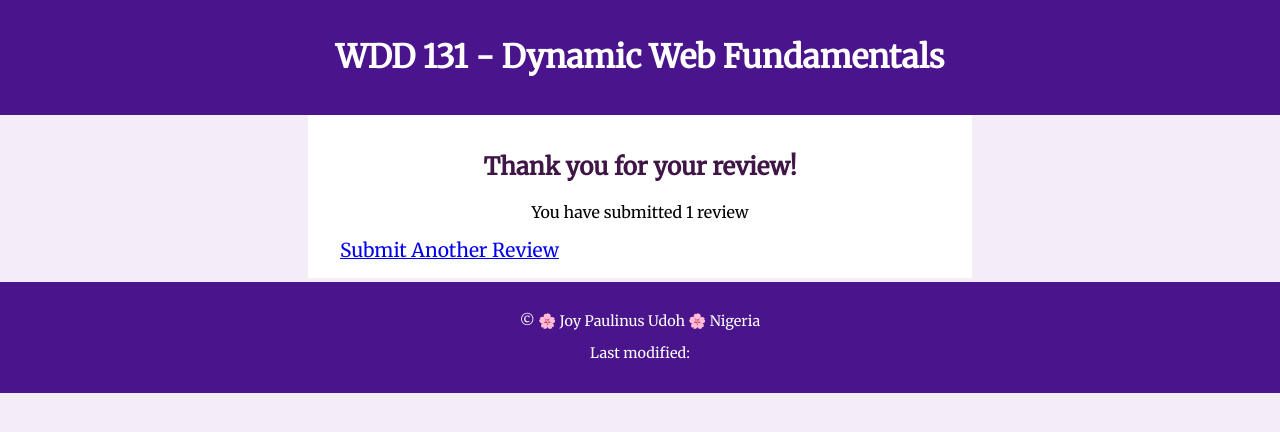
Repository: JoyUdoh106/wdd131
Page: review.html
An editor plug-in stored every save of this project. The page is shown before and after a run of saves, followed by the edit.
The browser window is 1280 px wide. The pictures show the whole page.

Above is the page before, as saved 2025-08-09 17:31:32.

After the next 2 saves:
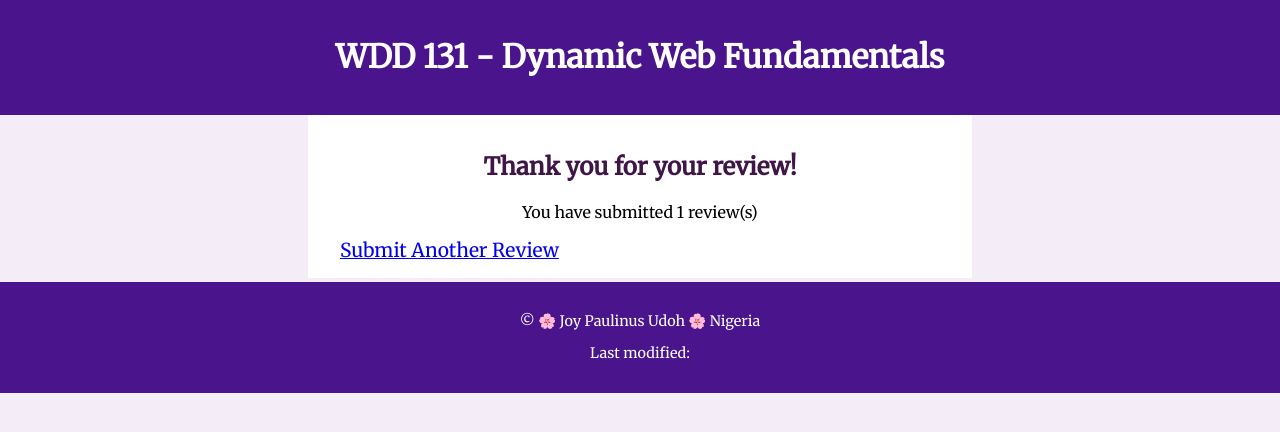
The 2 saves are shown as one change because they came seconds apart.
The last was saved 7 s later.
--- a/scripts/review.js
+++ b/scripts/review.js
@@ -1,7 +1,7 @@
  let reviewCount = localStorage.getItem("reviewCount");
     reviewCount = reviewCount ? parseInt(reviewCount) + 1 : 1;
     localStorage.setItem("reviewCount", reviewCount);
-    document.getElementById("counter").textContent = `You have submitted ${reviewCount} review`
+    document.getElementById("counter").textContent = `You have submitted ${reviewCount} review(s)`;
 
 // let reviewCount = parseInt(localStorage.getItem("reviewCount")) || 0;
 // document.getElementById("counter").textContent = `You have submitted ${reviewCount} review(s).`;
